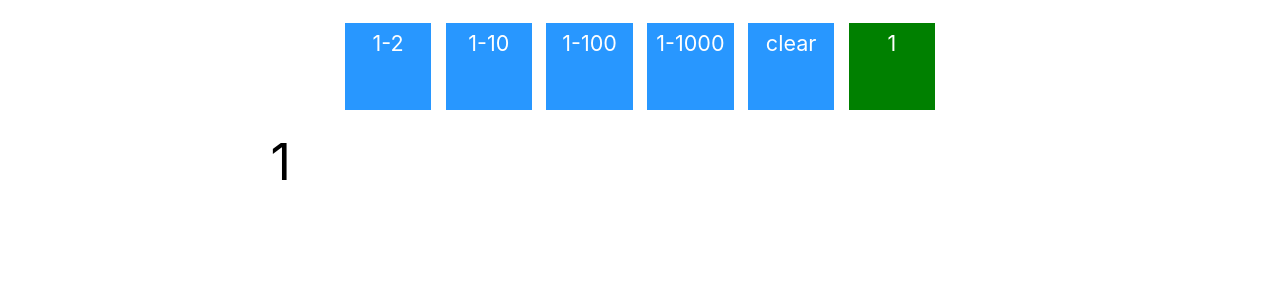
Repository: michalgornicki/number-generator
Page: /, after clicking the first element matching `div.button`
The author's editor kept a copy of each file at every save. The page is drawn from the files as they stood at one save, then again after a run of saves.
The browser window is 1280 px wide. The pictures show the whole page.
The project was rebuilt for these pictures with package versions that can differ from the ones it lists, and the page was loaded fresh each time.

Above is the page before, as saved 2021-12-03 14:09:53.

After the next 4 saves:
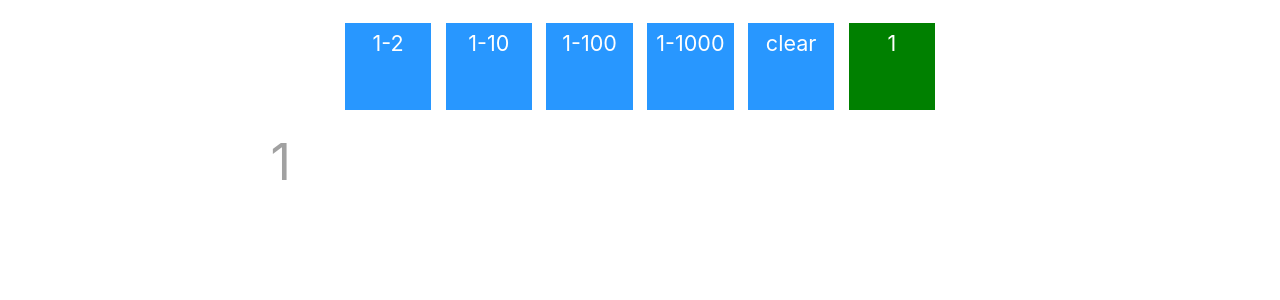
The 4 saves are shown as one change because they came seconds apart.
The last was saved 3 min 33 s later.
--- a/src/App.css
+++ b/src/App.css
@@ -38,4 +38,5 @@ body{
     padding: 2vmin;
     font-size: 7vmin;
     transition: 1s;
+    color: rgb(161, 161, 161);
 }
